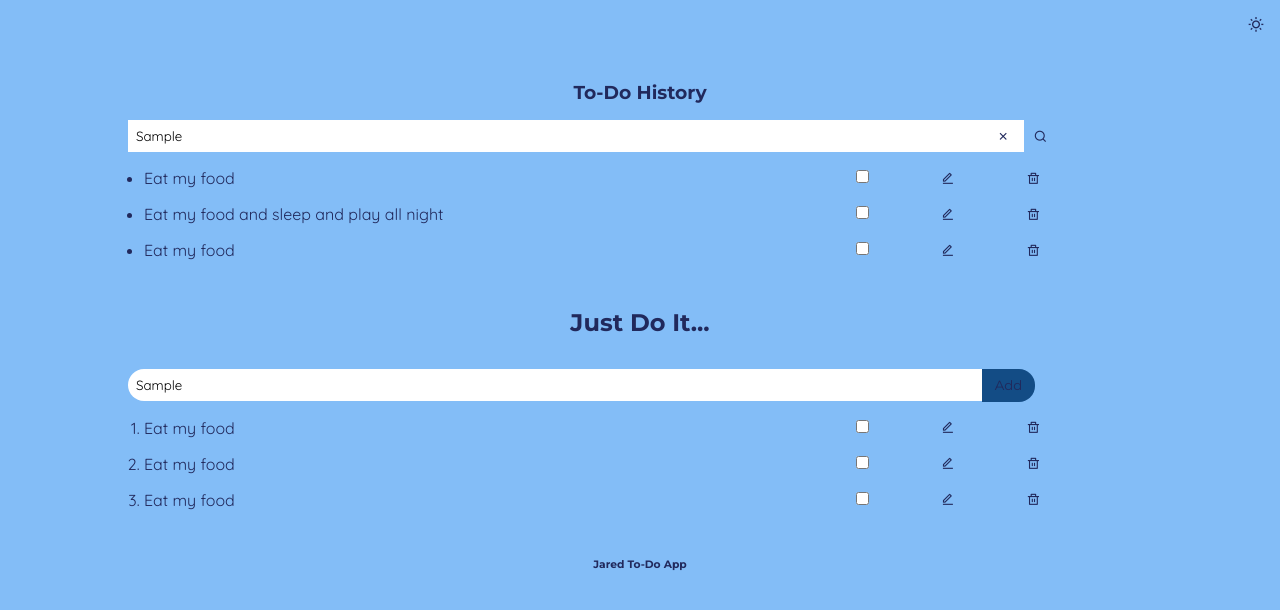
Repository: EguJaredoBoyd/Jared-ToDo-App
Page: main.html
An editor plug-in stored every save of this project. The page is shown before and after the next save, followed by the edit.
The browser window is 1280 px wide. The pictures show the whole page.
Empty fields were first filled with sample values (such as "Sample", 5 or name@example.com).
After loading, the first visible `#theme` was clicked once.
Some web libraries are served in a nearby version.

Above is the page before, as saved 2025-12-24 22:01:53.
Not found: js/to-do.j

After the next save:
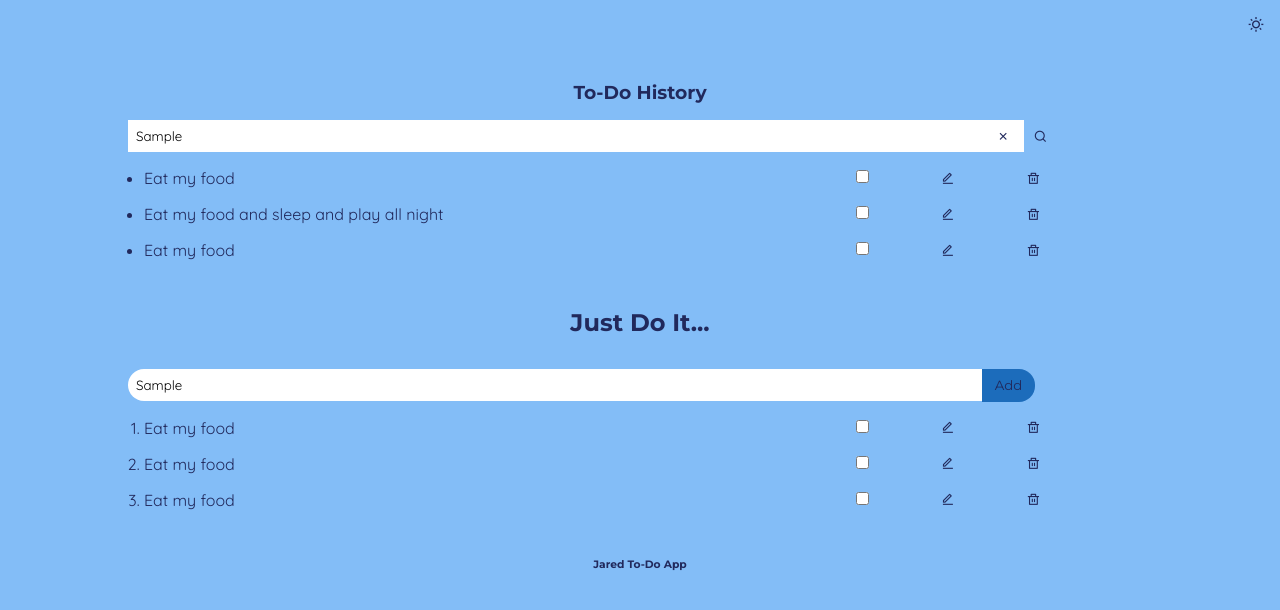
Saved 4 s later.
--- a/css/main.css
+++ b/css/main.css
@@ -159,7 +159,7 @@ main {
 }
 
 body.light-theme .To-Do__create button {
-  background-color: #134c85;
+  background-color: #1c6cbb;
 }
 
 .ol__list {
